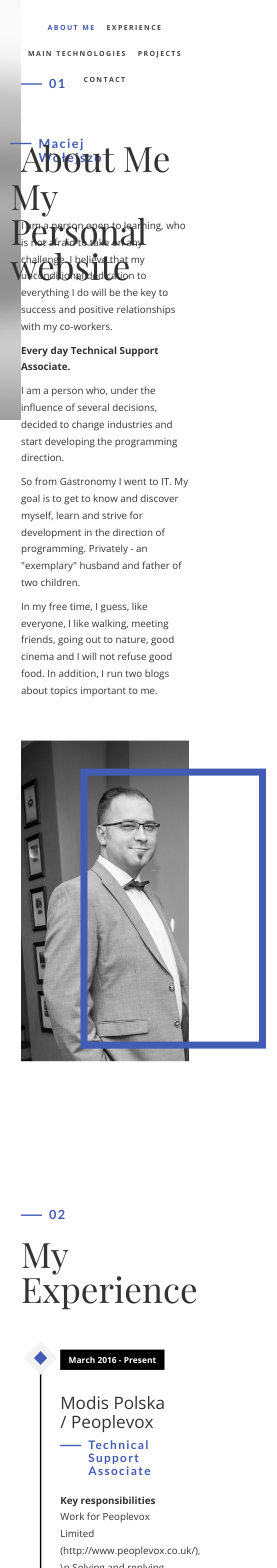
Repository: Maciej85Lodz/maciejwolejszo.pl
Page: index.html
The author's editor kept a copy of each file at every save. The page is drawn from the files as they stood at one save, then again after the next save.
The browser window is 300 px wide. The page is 380 px wide, then 395 px, so the pictures cover 395 px, including what lies to the right of the window. The pictures show the part of the page from y = 0 to 2240 px (the page is 7215 px tall before and 8029 px after), at 70% of full size.
Some web fonts or font styles are not loaded; a fallback is used.

Above is the page before, as saved 2019-05-31 23:44:53.
Console error: TypeError: Cannot set properties of null (setting 'innerHTML')

After the next save:
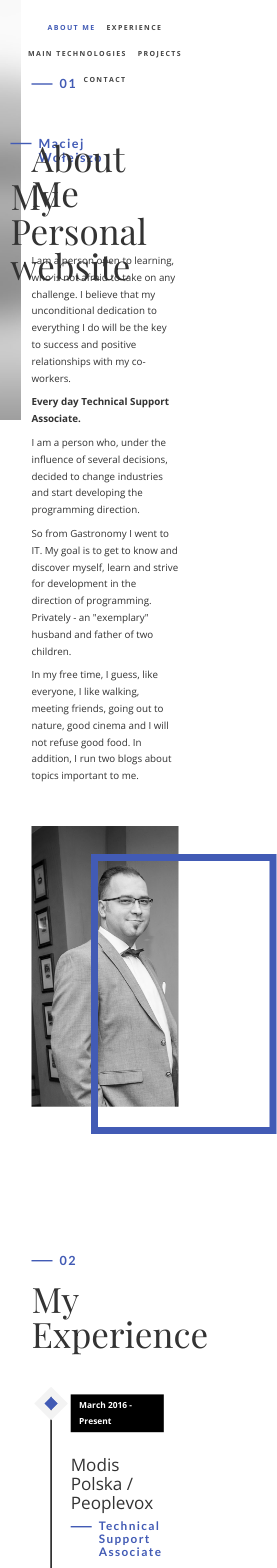
Saved 2 min 15 s later.
--- a/css/style.css
+++ b/css/style.css
@@ -155,6 +155,9 @@ body {
         width: 15.9px;
         margin-top: -18.75px;
         margin-left: -7.95px
+    }
+    .container {
+        width: 90%;
     }
 }
 
